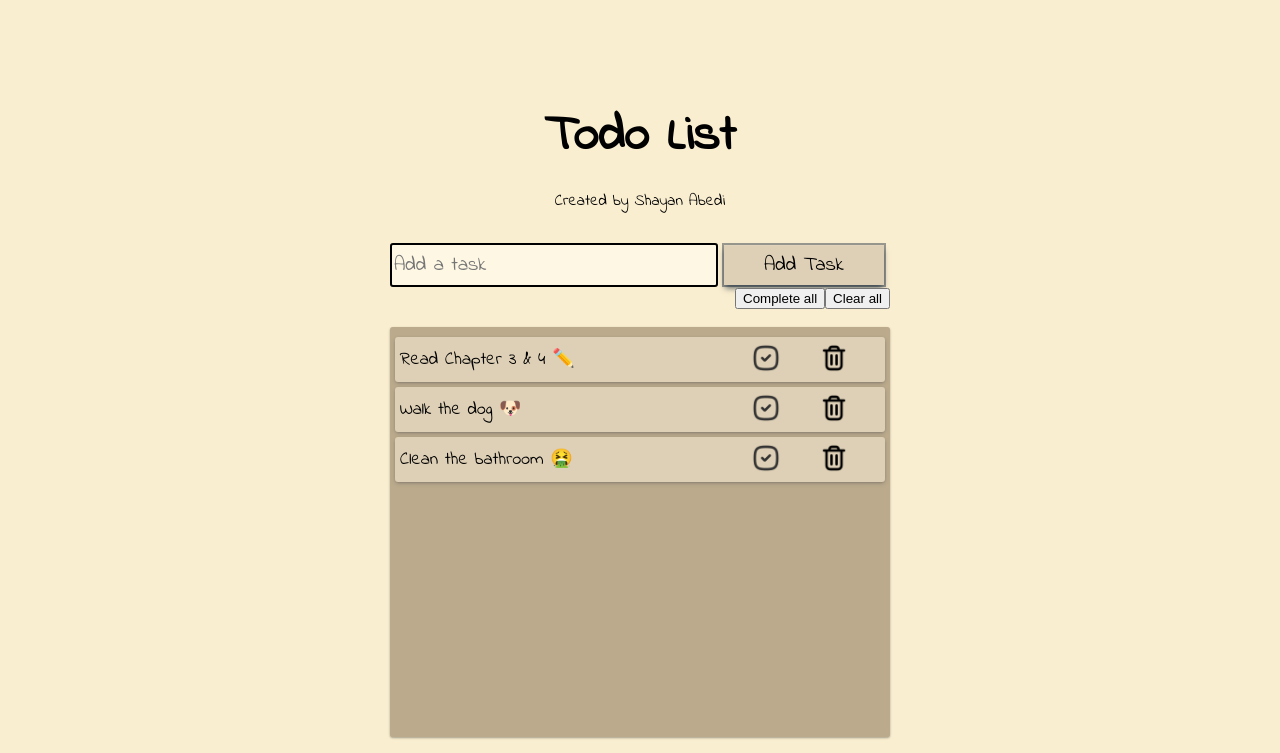
Repository: shayanabedi98/todo-list
Page: /
The author's editor kept a copy of each file at every save. The page is drawn from the files as they stood at one save, then again after the next save.
The browser window is 1280 px wide. The pictures show the whole page.
The project was rebuilt for these pictures with package versions that can differ from the ones it lists, and the page was loaded fresh each time. Also part of the build but not shown: vite.config.js.

Above is the page before, as saved 2023-12-30 17:07:31.

### index.html
<!doctype html>
<html lang="en">
  <head>
    <meta charset="UTF-8" />
    <link rel="icon" type="image/svg+xml" href="./src/assets/pencil-svgrepo-com.png" />
    <meta name="viewport" content="width=device-width, initial-scale=1.0" />
    <link rel="preconnect" href="https://fonts.googleapis.com">
    <link rel="preconnect" href="https://fonts.gstatic.com" crossorigin>
    <link href="https://fonts.googleapis.com/css2?family=Indie+Flower&display=swap" rel="stylesheet">
    <title>Todo List</title>
  </head>
  <body>
    <div id="root"></div>
    <script type="module" src="/src/main.jsx"></script>
  </body>
</html>

### src/App.jsx
import { useState } from "react";
import { v4 as uuid } from "uuid";
import TodoList from "./TodoList";
import CreateTask from "./CreateTask";
import AffectAll from "./AffectAll";

function App() {
  const [list, setList] = useState([
    { id: uuid(), text: "Read Chapter 3 & 4 ✏️", completed: false },
    { id: uuid(), text: "Walk the dog 🐶", completed: false },
    { id: uuid(), text: "Clean the bathroom 🤮", completed: false },
  ]);
  const [input, setInput] = useState("");

  const addTask = () => {
    if (input.trim() !== "") {
      setList([...list, { id: uuid(), text: input, completed: false }]);
      setInput("");
    }
  };

  const handleChange = (event) => {
    setInput(event.target.value);
  };

  const handleDelete = (taskID) => {
    const newList = list.filter((task) => {
      return task.id !== taskID;
    });
    setList(newList);
  };

  const handleComplete = (taskID) => {
    const newList = list.map((task) => {
      if (task.id === taskID) {
        return { ...task, completed: !task.completed };
      } else {
        return task;
      }
    });
    setList(newList);
  };

  const clearAll = () => {
    setList([]);
  };

  const completeAll = () => {
    const isItCompleted = list.some((task) => !task.completed);
    const newList = list.map((task) => ({ ...task, completed: isItCompleted }));
    setList(newList)
  };

  return (
    <>
      <h1>Todo List</h1>
      <p>Created by Shayan Abedi</p>
      <CreateTask handleChange={handleChange} input={input} addTask={addTask} />
      <AffectAll clearAll={clearAll} completeAll={completeAll} />
      <TodoList
        list={list}
        handleDelete={handleDelete}
        handleComplete={handleComplete}
      />
    </>
  );
}

export default App;

### src/index.css
body {
  background-color: #FAEED1;
  font-family: 'Indie Flower', cursive;
}

h1 {
  font-size: 50px;
  margin-top: 100px;
  margin-bottom: 0;
  text-align: center;
}

.create-task {
  display: grid;
  place-items: center;
  align-content: center;
  grid-template-columns: 1fr 1fr;
  margin: 30px auto 0 auto;
}

.create-task input {
  background-color: #FDF7E4;
  border: 2px solid black;
  border-radius: 3px;
  font-size: 20px;
  height: 38px;
  width: 320px;
  font-family: 'Indie Flower', cursive;
}

.create-task button {
  background-color: #DED0B6;
  border: none;
  font-family: 'Indie Flower', cursive;
  height: 40px;
  width: 160px;
  font-size: 20px;
  box-shadow: rgba(6, 24, 44, 0.4) 0px 0px 0px 2px, rgba(6, 24, 44, 0.65) 0px 4px 6px -1px, rgba(255, 255, 255, 0.08) 0px 1px 0px inset;
  cursor: pointer;
}

.affect-all {
  text-align: end;
}

.list ul {
 padding: 5px;
 box-shadow: rgba(0, 0, 0, 0.12) 0px 1px 3px, rgba(0, 0, 0, 0.24) 0px 1px 2px;
  border-radius: 3px;
  background-color: #BBAB8C;
  min-height: 400px;
}

.list li {
  list-style: none;
  display: grid;
  grid-template-columns: 1fr 0.2fr 0.2fr;
  background-color: #DED0B6;
  margin-top: 5px;
  margin-bottom: 5px;
  padding: 5px;
  box-shadow: rgba(50, 50, 93, 0.25) 0px 2px 5px -1px, rgba(0, 0, 0, 0.3) 0px 1px 3px -1px;
  border-radius: 3px;
  font-size: 18px;
  align-items: center;
}

p, h1, .create-task, .list, .affect-all {
  width: 500px;
  margin-left: auto;
  margin-right: auto;
}

.list button {
  background-color: #DED0B6;
  font-family: 'Indie Flower', cursive;
  height: 35px;
  width: 35px;
  margin: auto 2px;
  cursor: pointer;
  border: none;
  border-radius: 3px;
}

.list img {
  height: 30px;
}

p {
  text-align: center;
}

### src/TodoList.jsx
import React from "react";
import trash from "./assets/trash.png";
import check from "./assets/check.png";

const TodoList = ({ handleComplete, handleDelete, list }) => {
  const completedStyle = (condition) => {
    return condition
      ? {
          color: "grey",
          textDecoration: "line-through",
        }
      : {};
  };

  return (
    <div className="list">
      <ul>
        {list.map((task) => {
          return (
            <li key={task.id}>
              <span style={completedStyle(task.completed)}>{task.text}</span>
              <button id="complete" onClick={() => handleComplete(task.id)}>
                <img src={check} alt="checkmark button"/>
              </button>
              <button id="delete" onClick={() => handleDelete(task.id)}>
                <img src={trash} alt="delete button"/>
              </button>
            </li>
          );
        })}
      </ul>
    </div>
  );
};

export default TodoList;

### src/CreateTask.jsx
import React from "react";

const CreateTask = ({input, addTask, handleChange}) => {
  return (
    <div className="create-task">
      <input
        onKeyDown={(e) => e.key === 'Enter' && addTask()}
        placeholder="Add a task"
        type="text"
        onChange={handleChange}
        value={input}
      />
      <button onClick={addTask}>Add Task</button>
    </div>
  );
};

export default CreateTask;

### src/AffectAll.jsx
import React from "react";

const AffectAll = ({ clearAll, completeAll }) => {
  return (
    <div className="affect-all">
      <button onClick={completeAll}>Complete all</button>
      <button onClick={clearAll}>Clear all</button>
    </div>
  );
};

export default AffectAll;

Loaded but not shown: src/main.jsx (common file)

After the next save:
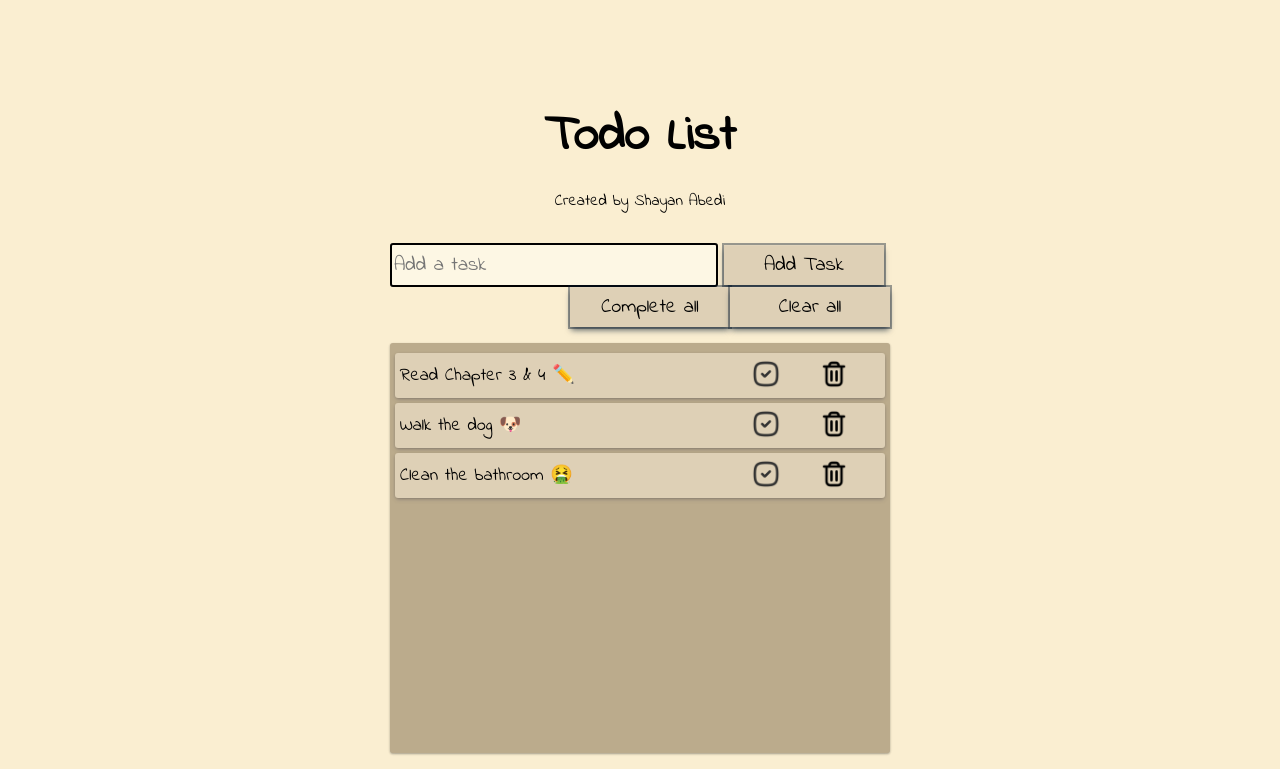
Saved 15 s later.
--- a/src/index.css
+++ b/src/index.css
@@ -41,6 +41,17 @@ h1 {
 
 .affect-all {
   text-align: end;
+}
+
+.affect-all button {
+  background-color: #DED0B6;
+  border: none;
+  font-family: 'Indie Flower', cursive;
+  height: 40px;
+  width: 160px;
+  font-size: 20px;
+  box-shadow: rgba(6, 24, 44, 0.4) 0px 0px 0px 2px, rgba(6, 24, 44, 0.65) 0px 4px 6px -1px, rgba(255, 255, 255, 0.08) 0px 1px 0px inset;
+  cursor: pointer;
 }
 
 .list ul {
